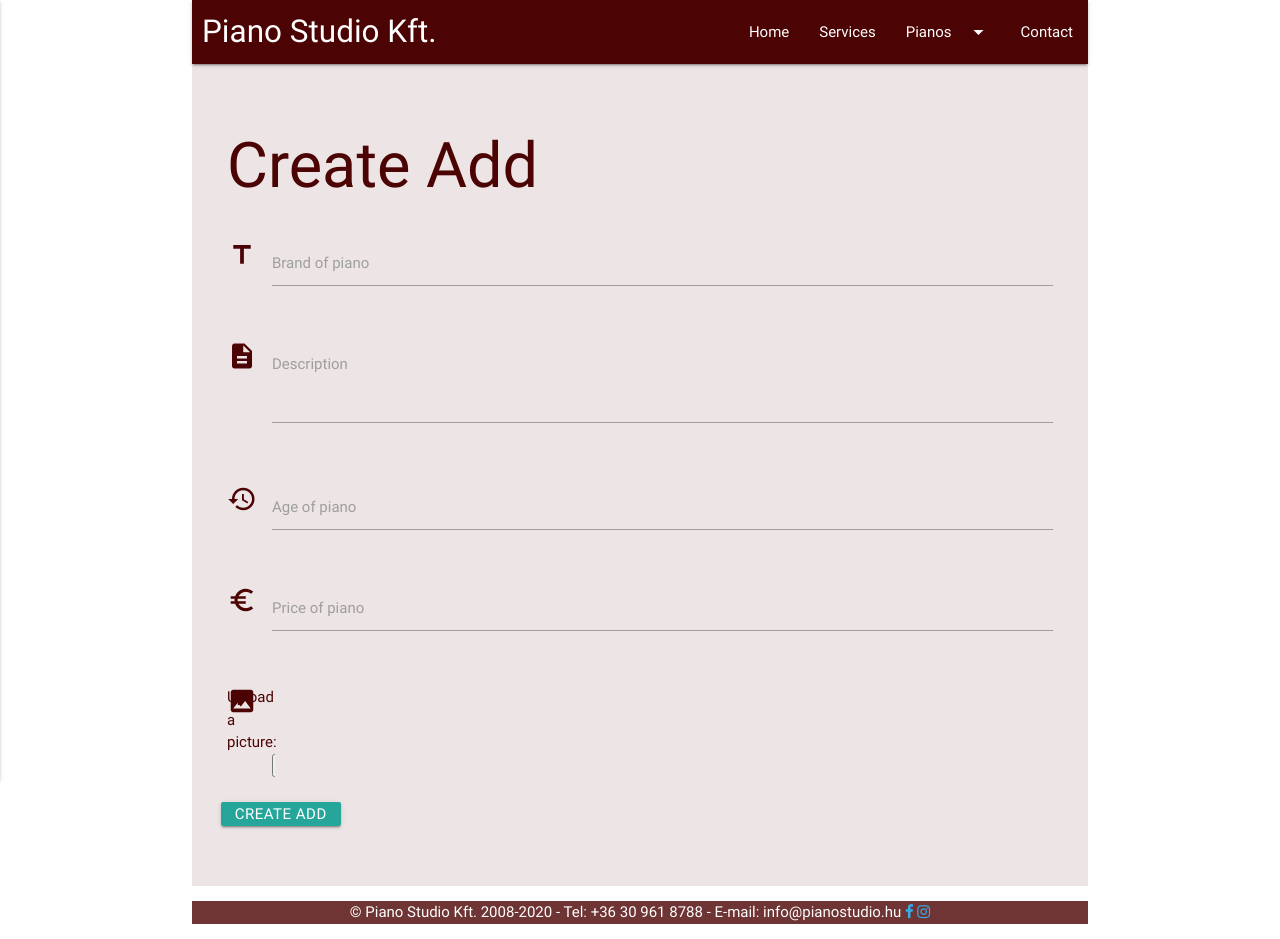
Repository: badiattila/pianostudioheroku
Page: http://localhost/createadd
The author's editor kept a record of every edit. The page is drawn from the files as they stood at one moment, then again after the next edit.
The browser window is 1280 px wide. The pictures show the whole page.
Some web libraries are served in a nearby version. The page is served by the project's application, run on Flask 3 (app.py).

Above is the page before.

### templates/create_add.html
{% extends 'base.html' %} {% block content %}
<div class="op" id="advertise">
    <h1>Create Add</h1>

    <form action="{{ url_for('insert_add') }}" method="POST" enctype="multipart/form-data" class="col s12">

        <div class="row">
            <div class="input-field col s12">
                <i class="material-icons prefix">title</i>
                <input id="brand" name="brand" type="text" class="validate">
                <label for="brand">Brand of piano</label>
            </div>
        </div>

        <div class="row">
            <div class="input-field col s12">
                <i class="material-icons prefix">description</i>
                <textarea id="description" name="description" class="materialize-textarea"></textarea>
                <label for="icon_telephone">Description</label>
            </div>
        </div>

        <div class="row">
            <div class="input-field col s12">
                <i class="material-icons prefix">history</i>
                <input id="age" name="age" type="text" class="validate">
                <label for="age">Age of piano</label>
            </div>
        </div>

        <div class="row">
            <div class="input-field col s12">
                <i class="material-icons prefix">euro_symbol</i>
                <input id="price" name="price" type="text" class="validate">
                <label for="price">Price of piano</label>
            </div>
        </div>

        <div class="row">
            <div class="input-field col s1">
                <i class="material-icons prefix">insert_photo</i>
                Upload a picture:
                <input id="picture" name="picture" type="file">
                <label for="picture"></label>
            </div>
        </div>

        <div class="row">
            <button class="btn waves-effect waves-light btn_mid" type="submit" name="action">Create Add</button>
        </div>


    </form>
</div>
{% endblock %}

### templates/base.html
<!DOCTYPE html>

<html lang="en">

<head>

    <!-- Meta tags -->
    <meta charset="utf-8">
    <!-- Font awsome -->
    <link rel="stylesheet" href="https://maxcdn.bootstrapcdn.com/font-awesome/4.7.0/css/font-awesome.min.css" type="text/css" />
    <!-- Hover -->
    <link rel="stylesheet" href="https://cdnjs.cloudflare.com/ajax/libs/hover.css/2.1.1/css/hover-min.css" type="text/css" />
    <!-- Material icons by Google -->
    <link href="https://fonts.googleapis.com/icon?family=Material+Icons" rel="stylesheet">
    <!-- Compiled and minified materialize CSS -->
    <link rel="stylesheet" href="https://cdnjs.cloudflare.com/ajax/libs/materialize/0.100.2/css/materialize.min.css">
    <!-- Specific Css for this website -->
    <link rel="stylesheet" href="{{url_for('static', filename='css/style.css')}}" type="text/css" />

    <title>Piano Studio Kft. - Services - </title>
    <link href="{{url_for('static', filename='pictures/favicon.ico')}}" rel="shortcut icon" type="image/x-icon" />
    <meta name="description" content="Piano rental, tuning and repair - Piano Studio Kft." />
    <meta name="keywords" content="Piano rental,piano tuning,piano repair,piano studio" />
    <meta name="copyright" content="Piano Studio Kft." />
    <meta name="author" content="Attila Badi/Piano Studio Kft." />
    <meta name="email" content="info@pianostudio.hu" /> {% block head %} {% endblock %}


</head>

<body>
    <div class="container">
        <header>
            <ul id="dropdown2" class="dropdown-content">
                <li><a href="{{url_for('pianos_for_sale')}}">Sale</a></li>
                <li><a href="{{url_for('createadd')}}">Create Add</a></li>
            </ul>
            <nav>
                <div class="nav-wrapper redbg">
                    <a href="{{url_for('index')}}" class="brand-logo">Piano Studio Kft.</a>
                    <a href="#" data-activates="mobile-demo" class="button-collapse"><i class="material-icons">menu</i></a>
                    <ul id="nav-mobile" class="right hide-on-med-and-down">
                        <li><a href="{{url_for('index')}}">Home</a></li>
                        <li><a href="{{url_for('services')}}">Services</a></li>
                        <!-- Dropdown Trigger -->
                        <li><a class="dropdown-trigger" href="#!" data-target="dropdown2">Pianos<i class="material-icons right">arrow_drop_down</i></a></li>

                        <li><a href="{{url_for('contact')}}">Contact</a></li>
                    </ul>
                    <ul class="side-nav" id="mobile-demo">
                        <li><a href="{{url_for('index')}}">Home</a></li>
                        <li><a href="{{url_for('services')}}">Services</a></li>
                        <li><a href="{{url_for('pianos_for_sale')}}">Sale</a></li>
                        <li><a href="{{url_for('createadd')}}">Create Add</a></li>
                        <li><a href="{{url_for('contact')}}">Contact</a></li>
                    </ul>
                </div>
            </nav>

        </header>
        {% block content %} {% endblock %}

        <footer class="footer redbg">
            <p>&copy; Piano Studio Kft. 2008-2020 - Tel: +36 30 961 8788 - E-mail: info@pianostudio.hu
                <a target="_blank" href="https://www.facebook.com/zongoraterem"><i class="fa fa-facebook" aria-hidden="true"></i></a>
                <a target="_blank" href="https://www.instagram.com/pianostudiokft"><i class="fa fa-instagram" aria-hidden="true"></i></a>
            </p>
        </footer>
    </div>

    <script src="https://code.jquery.com/jquery-3.4.1.min.js" integrity="sha256-CSXorXvZcTkaix6Yvo6HppcZGetbYMGWSFlBw8HfCJo=" crossorigin="anonymous"></script>
    <script src="https://cdnjs.cloudflare.com/ajax/libs/materialize/0.100.2/js/materialize.min.js"></script>

    <script>
        $(document).ready(function() {
            $('.modal').modal();
            $('.dropdown-trigger').dropdown();
            $('.collapsible').collapsible();
            $('select').material_select();
            $('.button-collapse').sideNav();
        });
    </script>

</body>

</html>

### app.py
import os
from flask import Flask, render_template, redirect, request, url_for
from flask_pymongo import PyMongo
from bson.objectid import ObjectId
from flask_mail import Mail, Message

app = Flask(__name__)

app.config["MONGO_DBNAME"] = 'piano_studio'
app.config["MONGO_URI"] = 'mongodb://attilabadi:K00nK00n1234@mycodeinstitutecluster-shard-00-00-wpsfr.mongodb.net:27017,mycodeinstitutecluster-shard-00-01-wpsfr.mongodb.net:27017,mycodeinstitutecluster-shard-00-02-wpsfr.mongodb.net:27017/piano_studio?ssl=true&replicaSet=MyCodeInstituteCluster-shard-0&authSource=admin&retryWrites=true&w=majority'
mongo = PyMongo(app)

app.config.update(
	DEBUG=True,
	#EMAIL SETTINGS
	MAIL_SERVER='mail.pianostudio.hu',
	MAIL_PORT=465,
	MAIL_USE_SSL=True,
	MAIL_USERNAME = 'contact@pianostudio.hu',
	MAIL_PASSWORD = os.environ.get('SMTPPW')
	)
mail = Mail(app)

@app.route('/')
@app.route('/index')
def index():
        return render_template("index.html")

@app.route('/contact')
def contact():
        return render_template("contact.html")

@app.route('/services')
def services():
        return render_template("services.html")

@app.route('/pianos_for_sale')
def pianos_for_sale():
        return render_template("pianos_for_sale.html", pianos=mongo.db.pianos_4_sale.find(), images=mongo.db.pianos_4_sale.find())

@app.route('/createadd')
def createadd():
        return render_template("create_add.html")

@app.route('/insert_add', methods=['POST'])
def insert_add():
        file_id = mongo.save_file(request.files['picture'].filename, request.files['picture'])
        mongo.db.pianos_4_sale.insert({
            'brand': request.form.get('brand') ,
            'description' : request.form.get('description') ,
            'age' : request.form.get('age') ,
            'price' : request.form.get('price') ,
            'file_name' : request.files['picture'].filename})
        return redirect(url_for('pianos_for_sale'))

@app.route('/file/<file_name>')
def file(file_name):
    return mongo.send_file(file_name)

@app.route('/delete_piano/<piano_id>')
def delete_piano(piano_id):
    mongo.db.pianos_4_sale.remove({'_id': ObjectId(piano_id)})
    return redirect(url_for('pianos_for_sale'))

@app.route('/edit_piano/<piano_id>')
def edit_piano(piano_id):
    return render_template('edit_piano.html', piano=mongo.db.pianos_4_sale.find_one({"_id": ObjectId(piano_id)}))


@app.route('/update_piano/<piano_id>', methods=['POST'])
def update_piano(piano_id):
    file_id = mongo.save_file(request.files['picture'].filename, request.files['picture'])
    mongo.db.pianos_4_sale.update( {'_id': ObjectId(piano_id)},
    {
            'brand': request.form.get('brand') ,
            'description' : request.form.get('description') ,
            'age' : request.form.get('age') ,
            'price' : request.form.get('price') ,
            'file_name' : request.files['picture'].filename
    })
    return redirect(url_for('pianos_for_sale'))

@app.route('/send_mail/', methods=['POST'])
def send_mail():
	try:
		msg = Message("Contact form mail from pianostudio",
		  sender=request.form.get('user_email'),
		  recipients=["attila.badi@gmail.com"])
		msg.body = request.form.get('message')
		mail.send(msg)
		return 'Mail sent!'
	except:
		return "Something went wrong"

if __name__ == '__main__':
    app.run(host=os.environ.get('IP'),
        port=int(os.environ.get('PORT')),
        debug=True)

### static/css/style.css
.left {
  float: left;
}

.right {
  float: right;
}

/* Picture formatting for gallery and teaser pictures */

.right-teaser {
  padding: 1px;
  border: 1px solid #4c0303;
  float: right;
  margin: 0 0 1em 1em;
  width: 12vw;
}

.galery-pic {
  padding: 1px;
  border: 1px solid #4c0303;
  margin: 0 0 1em 1em;
  width: 12vw;
}

.btn_small {
  height: 24px;
  width: 60px;
  line-height: 24px;
  margin: 5px 5px;
  padding: 0 0.5em;
}

.btn_mid {
  height: 24px;
  width: 120px;
  line-height: 24px;
  margin: 5px 5px;
  padding: 0 0.5em;
}

.footer {
  color: white;
  opacity: 0.8;
  filter: alpha(opacity=80);
  text-align: center;
}

.redbg {
  background-color: #4c0303;
}

.nav-wrapper {
  padding-left: 10px;
}

/* Opacity classes for different elements */

.op {
  background: rgba(76, 3, 3, 0.1);
  /*background with 30% opacity */
  color: rgba(76, 3, 3);
  padding: 35px;
  margin-bottom: 15px;
}

.dropdown-content {
  width: max-content !important;
  height: auto !important;
}

/* ID based background behaviour */
#intro {
    background-attachment: scroll;
    background-image: url('../pictures/4k-wallpaper-close-up-fingers-1246437.jpg');
    background-position: center;
    background-size: cover;
    width: 100vw;
    background-repeat: no-repeat;
    position: relative;
}

After the next edit:
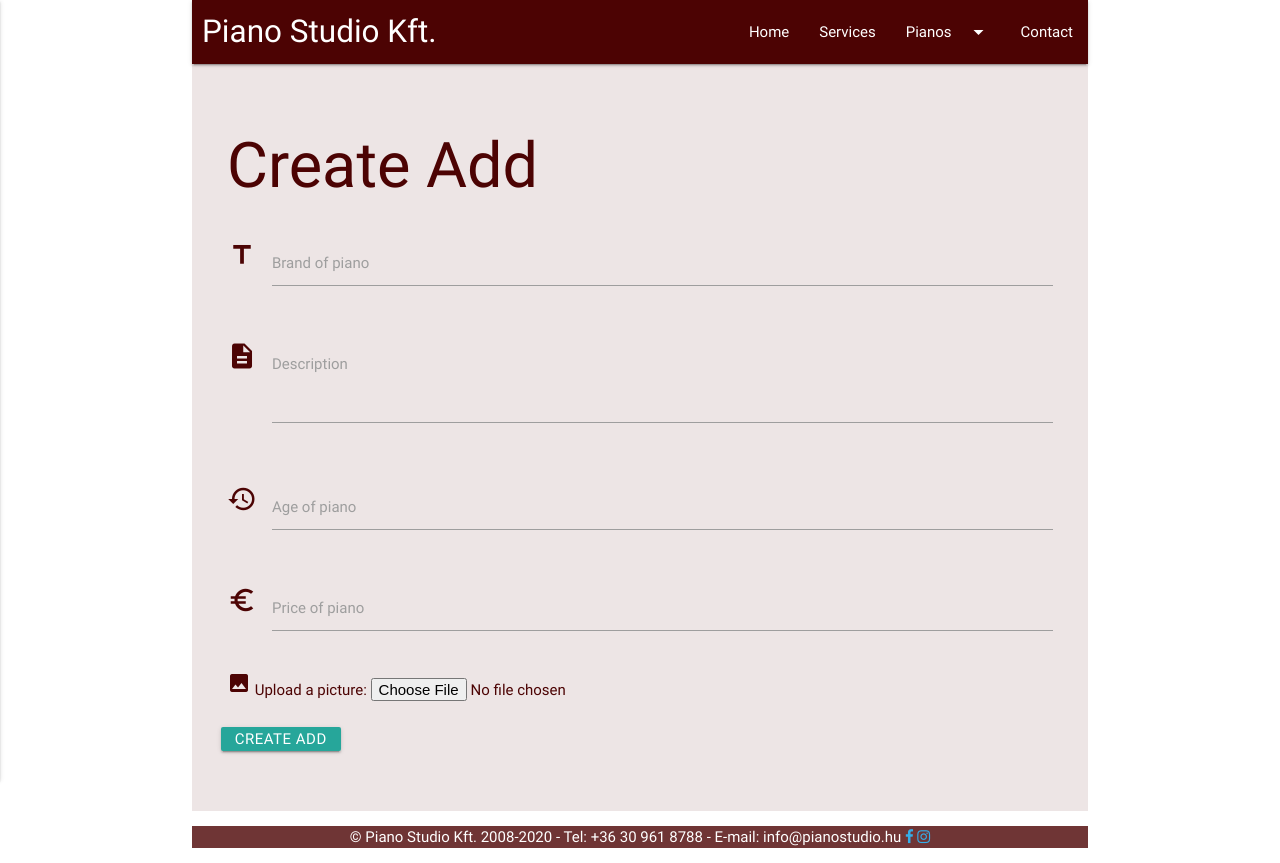
The edit:
--- a/templates/create_add.html
+++ b/templates/create_add.html
@@ -37,9 +37,8 @@
         </div>
 
         <div class="row">
-            <div class="input-field col s1">
-                <i class="material-icons prefix">insert_photo</i>
-                Upload a picture:
+            <div class="col s12">
+                <i class="material-icons prefix">insert_photo</i> Upload a picture:
                 <input id="picture" name="picture" type="file">
                 <label for="picture"></label>
             </div>
